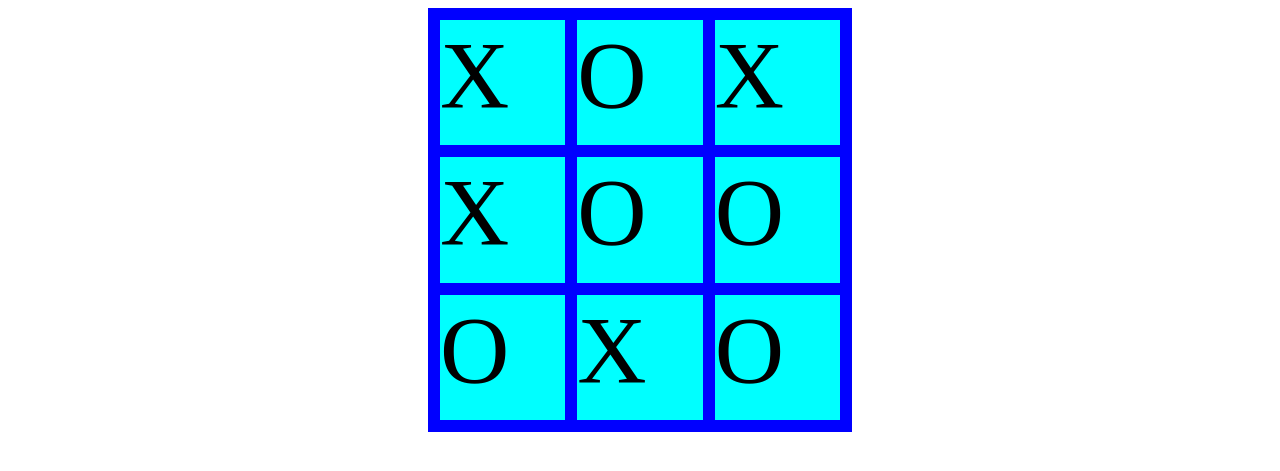
Repository: yeetzpxoci/tic-tac-toe
Page: index.html
These files come from the project's save history. The page is drawn as it stood at one moment and after the next save; the edit follows.
The browser window is 1280 px wide. The pictures show the whole page.

Above is the page before, as saved 2023-02-22 20:35:55.

After the next save:
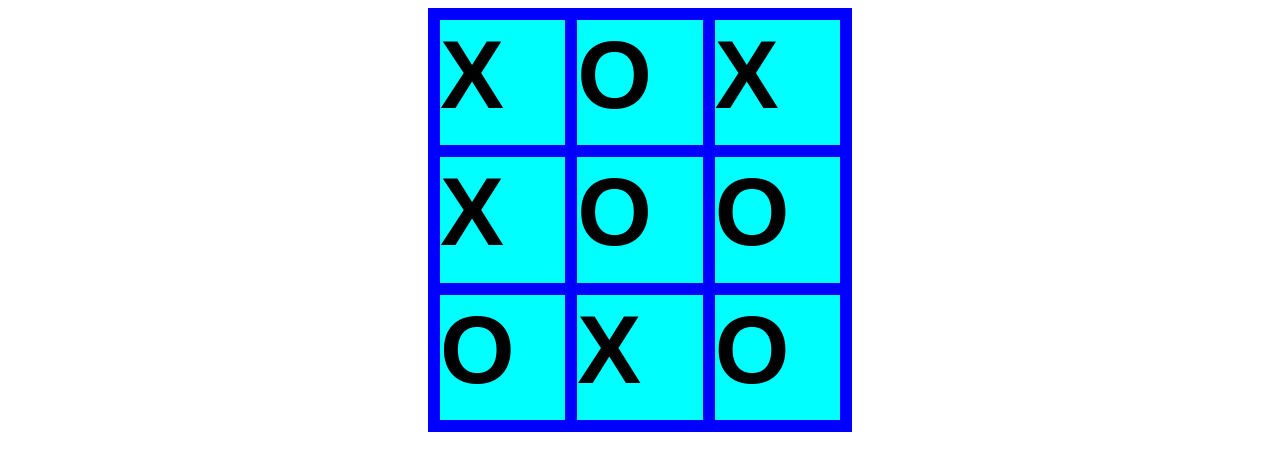
Saved 15 s later.
--- a/styles.css
+++ b/styles.css
@@ -12,7 +12,8 @@ body {
     padding: 12px;
     gap: 12px;
     font-size: 96px;
-    font-family: ;
+    font-family: Arial, Helvetica, sans-serif;
+    font-weight: bolder;
     display: grid;
     grid-template-columns: repeat(3, 1fr);
     grid-template-rows: repeat(3, 1fr);
